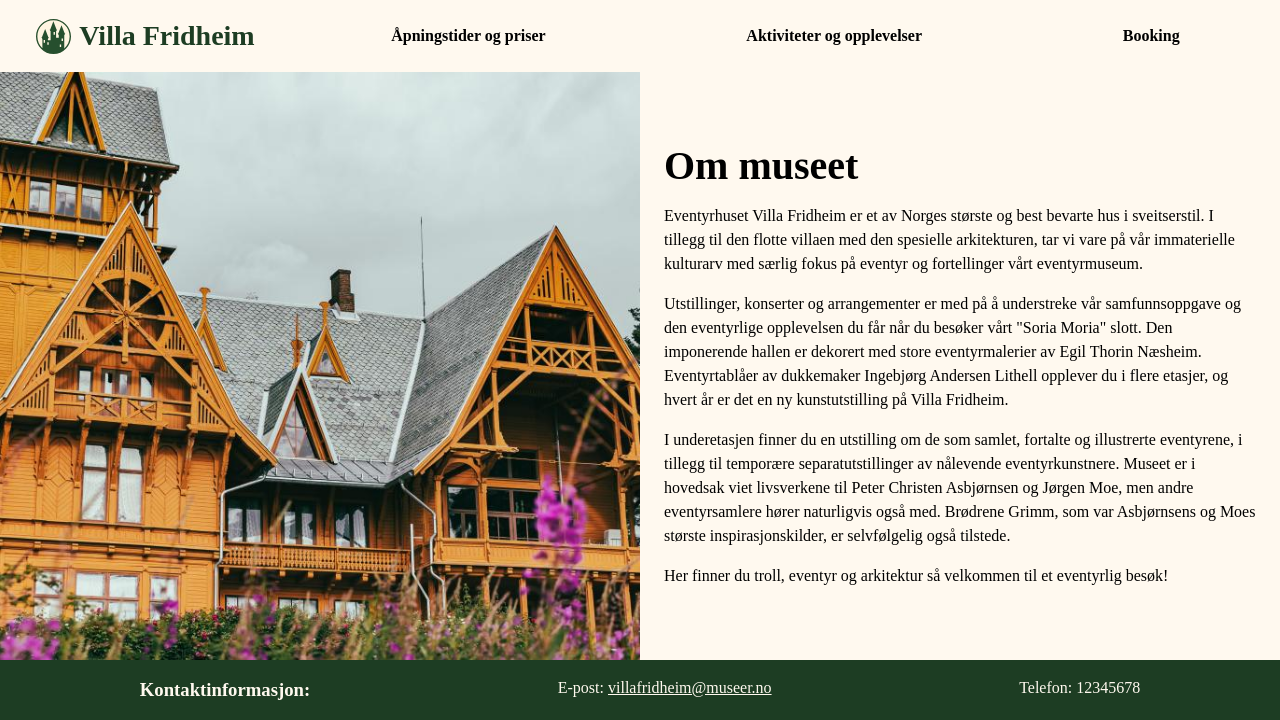
Repository: IdaHolmen/villa-fridheim
Page: src/about.html
The author's editor kept a copy of each file at every save. The page is drawn from the files as they stood at one save, then again after the next save.
The browser window is 1280 px wide. The pictures show the whole page.
Some web fonts or font styles are not loaded; a fallback is used.

Above is the page before, as saved 2024-10-15 13:28:54.

### src/about.html
<!DOCTYPE html>
<html lang="en">
    <head>
        <meta charset="UTF-8" />
        <meta name="viewport" content="width=device-width, initial-scale=1.0" />

        <link rel="icon" type="image/x-icon" href="../assets/villa-fridheim-logo.svg" />

        <title>Villa Fridheim</title>
        <link rel="stylesheet" type="text/css" href="../css/reset.css" />
        <link rel="stylesheet" type="text/css" href="../css/style.css" />
        <link rel="stylesheet" type="text/css" href="../css/media-queries.css" />
    </head>
    <body>
        <header>
            <div class="headline-container">
                <a href="../index.html" id="home-button">
                    <img src="../assets/villa-fridheim-logo.svg" alt="Omrisset av et eventyrslott" class="main-logo" />
                    <h1 class="main-headline">Villa Fridheim</h1>
                </a>
            </div>

            <nav class="nav-bar">
                <a href="info.html" class="nav-link">Åpningstider og priser</a>
                <a href="activities.html" class="nav-link">Aktiviteter og opplevelser</a>
                <a href="booking.html" class="nav-link">Booking</a>
            </nav>
        </header>

        <main class="main-container">
            <section class="about-section">
                <div class="image-container">
                    <img src="../assets/outside-image2.jpg" alt="Et gult hus i sveitserstil" class="about-image" />
                </div>
                <article class="about-text">
                    <h2 class="section-headline">Om museet</h2>
                    <p>
                        Eventyrhuset Villa Fridheim er et av Norges største og best bevarte hus i sveitserstil. I
                        tillegg til den flotte villaen med den spesielle arkitekturen, tar vi vare på vår immaterielle
                        kulturarv med særlig fokus på eventyr og fortellinger vårt eventyrmuseum.
                    </p>
                    <p>
                        Utstillinger, konserter og arrangementer er med på å understreke vår samfunnsoppgave og den
                        eventyrlige opplevelsen du får når du besøker vårt "Soria Moria" slott. Den imponerende hallen
                        er dekorert med store eventyrmalerier av Egil Thorin Næsheim. Eventyrtablåer av dukkemaker
                        Ingebjørg Andersen Lithell opplever du i flere etasjer, og hvert år er det en ny kunstutstilling
                        på Villa Fridheim.
                    </p>
                    <p>
                        I underetasjen finner du en utstilling om de som samlet, fortalte og illustrerte eventyrene, i
                        tillegg til temporære separatutstillinger av nålevende eventyrkunstnere. Museet er i hovedsak
                        viet livsverkene til Peter Christen Asbjørnsen og Jørgen Moe, men andre eventyrsamlere hører
                        naturligvis også med. Brødrene Grimm, som var Asbjørnsens og Moes største inspirasjonskilder, er
                        selvfølgelig også tilstede.
                    </p>
                    <p>Her finner du troll, eventyr og arkitektur så velkommen til et eventyrlig besøk!</p>
                </article>
            </section>
        </main>

        <footer class="footer">
            <h3>Kontaktinformasjon:</h3>
            <p>
                E-post:
                <a href="" id="email-element">villafridheim@museer.no</a>
            </p>
            <p>Telefon: 12345678</p>
        </footer>
    </body>
</html>

### css/reset.css
*, *::before, *::after {
	box-sizing: border-box;
  }

* {
	margin: 0;
	padding: 0;
}

body {
	line-height: 1.5;
	-webkit-font-smoothing: antialiased;
}

img, picture, video, canvas, svg {
	display: block;
	max-width: 100%;
}

input, textarea, select {
	font: inherit;
}

p, h1, h2, h3, h4, h5, h6 {
	overflow-wrap: break-word;
}

#root, #__next {
	isolation: isolate;
}

button {
	font: inherit;
	background: transparent;
	border: none;
	cursor: pointer;
	touch-action: manipulation;
}

a {
	color: inherit;
	text-decoration: none;
}

### css/style.css
@import url('https://fonts.googleapis.com/css2?family=Caudex:ital,wght@0,400;0,700;1,400;1,700&display=swap');

:root {
    --primary-color: #fff9ef;
    --secondary-color: #1d3d23;
}

/* BODY STYLING */
body {
    height: 100vh;
    width: 100%;
    display: flex;
    flex-direction: column;
    background-color: var(--primary-color);
    font-family: 'Caudex', 'Times New Roman', Times, serif;
}

/* HEADER STYLING */
header {
    display: flex;
    flex-direction: row;
    justify-content: center;
    align-items: center;
    background: var(--primary-color);
    color: var(--secondary-color);
    flex-basis: 10%;
}

.headline-container {
    flex-basis: 25%;
    display: flex;
    justify-content: center;
    align-items: center;
    flex-direction: row;
}

.main-headline {
    font-size: 1.75rem;
}

.main-logo {
    height: 35px;
    width: 35px;
    margin-right: 0.5rem;
}

.nav-bar {
    flex-basis: 85%;
    display: flex;
    justify-content: space-around;
    flex-direction: row;
    text-align: center;
    margin: 0;
}

.nav-link {
    text-decoration: none;
    color: black;
    padding: 0.5rem 1.5rem;
    font-weight: bold;
    margin: 1rem;
    border-radius: 5px;
    display: flex;
    transition: transform 0.2s ease-in-out;
}

.nav-link:hover {
    box-shadow: rgba(149, 157, 165, 0.2) 0px 8px 24px;
    transform: scale(1.1);
}

.nav-link:active {
    background-color: #e3e3e3;
}

#home-symbol {
    margin-right: 0.5rem;
    width: 25px;
    height: 25px;
}

/* FRONT PAGE STYLING */
.hero-section {
    position: relative;
    height: 30rem;
    width: 100%;
}

.hero-background {
    width: 100%;
    height: 30rem;
    object-fit: contain;
}

.hero-image {
    width: 100%;
    height: 30rem;
    object-fit: cover;
}

.hero-text-container {
    position: absolute;
    top: 0;
    left: 70%;
    width: 30%;
    height: 60%;
    color: var(--primary-color);
    display: flex;
    flex-direction: column;
}

.hero-content {
    font-size: 4.5rem;
    font-weight: bold;
}

.hero-content-sub-headline {
    font-size: 2rem;
    font-weight: bold;
    font-style: italic;
}

.main-container {
    flex-basis: 85%;
    display: flex;
    flex-direction: column;
    align-items: center;
}

.about-section {
    width: 100%;
    height: 100%;
    display: flex;
}

.about-text {
    flex-basis: 50%;
    display: flex;
    flex-direction: column;
    justify-content: center;
    padding: 24px;
}

.about-text > p {
    margin: 0.5rem 0;
}

.image-container {
    flex-basis: 50%;
}

.about-image {
    height: 100%;
    object-fit: cover;
}

.link-section {
    width: 95%;
    background-color: #ffeded;
    margin-top: 4rem;
    display: flex;
    flex-direction: column;
    align-items: center;
}

.link-container-headline {
    width: 95%;
    flex-basis: 10%;
    margin: 1rem 1rem 1rem 4rem;
    padding: 0.8rem;
}

.section-headline {
    font-size: 2.5rem;
}

.link-container {
    flex-basis: 90%;
    width: 95%;
    display: flex;
    justify-content: space-around;
    align-items: center;
}

.navigation-container {
    height: 22rem;
    width: 18rem;
    margin: 1rem 1rem 2rem 1rem;
    display: flex;
    padding: 0.8rem;
    flex-direction: column;
    transition: transform 0.2s ease-in-out;
}

.navigation-container:hover {
    transform: scale(1.1);
}

.link-sub-headline {
    font-size: 1.2rem;
}

.link-image {
    object-fit: cover;
    padding: 0;
    min-height: 70%;
    margin-bottom: 0.5rem;
}

.footer-front-page {
    background-color: var(--secondary-color);
    color: var(--primary-color);
    flex-basis: 5%;
    display: flex;
    flex-direction: row;
    justify-content: space-around;
    padding: 1rem;
    font-size: 1rem;
    margin-top: 4rem;
}

/* STYLING FOR THE INTRO SECTION */
.intro-section {
    width: 95%;
    height: 16rem;
    background-color: #e2eef5;
    margin-top: 4rem;
    display: flex;
    flex-direction: column;
    align-items: center;
}

.intro-container {
    flex-basis: 90%;
    width: 95%;
    display: flex;
    flex-direction: column;
    justify-content: space-around;
    margin: 2rem;
    padding: 0.8rem;
    margin: 1rem 4rem 1rem 4rem;
}

/* STYLING FOR INFO PAGE */
.main-info-container {
    flex-basis: 85%;
    display: flex;
    flex-direction: column;
    align-items: center;
}

.info-text-container {
    flex-basis: 50%;
    height: 100%;
    padding: 24px;
}

.info-image-container {
    flex-basis: 50%;
    height: 100%;
    padding: 24px;
    display: flex;
    align-items: center;
    justify-content: center;
}

.opening-hours-section,
.directions-section,
.prices-section {
    margin-bottom: 1rem;
}

.hours,
.price-element {
    margin: 1rem 0;
}

.price-element {
    width: 90%;
    display: flex;
    flex-direction: row;
    align-items: center;
    justify-content: space-between;
    font-size: 1rem;
}

/* STYLING FOR ACTIVITIES PAGE */
#home-button {
    display: flex;
    align-items: center;
}

.main-activities-container {
    flex-basis: 85%;
    display: flex;
    flex-direction: column;
    align-items: center;
}

.activities-section,
.experiences-section {
    display: flex;
    flex-direction: row;
}

.activities,
.experiences {
    display: flex;
    flex-direction: column;
}

.activities > p,
.experiences > p {
    margin: 0.5rem 0;
}

.bold-text {
    font-weight: 900;
    margin: 0.5rem 0;
}

.illustration-image {
    width: 100%;
    border-radius: 3%;
}

#illustration-image-long {
    width: 90%;
    border-radius: 3%;
}

/* FOOTER */
footer {
    background-color: var(--secondary-color);
    color: var(--primary-color);
    flex-basis: 5%;
    display: flex;
    flex-direction: row;
    justify-content: space-around;
    padding: 1rem;
    font-size: 1rem;
}

a#email-element {
    text-decoration: underline;
}

/* STYLING FOR BOOKING PAGE */
.main-headline-booking {
    color: var(--primary-color);
}

.nav-link-booking {
    color: var(--primary-color);
    text-decoration: none;
    padding: 0.5rem 1.5rem;
    font-weight: bold;
    margin: 1rem;
    border-radius: 5px;
    display: flex;
    transition: transform 0.2s ease-in-out;
}

.nav-link-booking:hover {
    box-shadow: rgba(149, 157, 165, 0.2) 0px 8px 24px;
    transform: scale(1.1);
}

.booking-page-main {
    background-position: center;
    background-image: url('../assets/forest3.jpg');
    background-repeat: no-repeat;
    background-size: cover;
    background-attachment: fixed;
}

.booking-header {
    backdrop-filter: blur(60px);
    background: transparent;
}

.booking-container {
    flex-basis: 85%;
    width: 100%;
    display: flex;
    justify-content: center;
    flex-direction: column;
    align-items: center;
    background-color: rgba(0, 0, 0, 0.2);
}

.booking-form {
    position: relative;
    color: var(--primary-color);
    display: flex;
    flex-direction: column;
    align-items: center;
    height: 100%;
    width: 26rem;
    margin: 2rem;
    padding: 1rem;
    border: 2px solid #b5afaf;
    border-radius: 15px;
    backdrop-filter: blur(25px);
}

.input-field {
    width: 85%;
    height: 55px;
    color: var(--primary-color);
    background: transparent;
    padding-inline: 20px 54px;
    border-radius: 30px;
    border: 2px solid #b5afaf;
    outline: none;
    margin: 1rem 0;
}

.input-field:focus::placeholder {
    color: transparent;
}

#select-field {
    appearance: none;
    width: 85%;
    height: 55px;
    color: var(--primary-color);
    background: transparent;
    padding-inline: 20px;
    border-radius: 30px;
    border: 2px solid #b5afaf;
    cursor: pointer;
    outline: none;
    background-image: linear-gradient(45deg, transparent 50%, #fff5e1 50%),
        linear-gradient(135deg, #fff5e1 50%, transparent 50%);
    background-position: calc(100% - 20px) calc(1.3rem + 2px), calc(100% - 15px) calc(1.3rem + 2px);
    background-size: 5px 5px, 5px 5px, 1px 1.5em;
    background-repeat: no-repeat;
    margin: 1rem 0;
}

#comment-input {
    width: 85%;
    height: 6rem;
    color: var(--primary-color);
    background: transparent;
    border-radius: 10px;
    border: 2px solid #b5afaf;
    outline: none;
    padding-inline: 20px;
    margin: 1rem 0;
}

::placeholder {
    color: var(--primary-color);
}

#comment-input:focus::placeholder {
    color: transparent;
}

#submit-button {
    background-color: var(--primary-color);
    width: 8rem;
    padding: 0.5rem 1.5rem;
    font-weight: bold;
    border-radius: 30px;
    transition: transform 0.2s ease-in-out;
    margin: 0.5rem 0;
}

#submit-button:hover {
    background-color: #ffe8ba;
    transform: scale(1.1);
}

#submit-button:active {
    background-color: #d4d4d4;
}

#booking-footer {
    backdrop-filter: blur(25px);
    background: transparent;
}

### css/media-queries.css
@media screen and (max-width: 1000px) {
    header {
        flex-direction: column;
    }

    .nav-bar {
        align-items: center;
    }

    .nav-link {
        max-width: 16rem;
        margin: 0.5rem;
    }

    .hero-section {
        height: 45rem;
        background-color: var(--secondary-color);
    }

    .hero-text-container {
        top: 68%;
        left: 10%;
        width: 80%;
        height: 30%;
    }

    .hero-content {
        font-size: 3.5rem;
    }

    .about-section {
        flex-direction: column;
        align-items: center;
    }

    .main-info-container {
        flex-direction: column;
    }

    .activities-section {
        flex-direction: column;
    }

    .experiences-section {
        flex-direction: column-reverse;
    }

    .illustration-image {
        width: 70%;
    }

    #illustration-image-long {
        width: 60%;
    }

    .link-container {
        width: 70%;
        flex-wrap: wrap;
    }
}

@media screen and (max-width: 930px) {
    .link-container {
        width: 80%;
    }

    .navigation-container {
        width: 15rem;
        height: 18rem;
    }
}

@media screen and (max-width: 700px) {
    .footer,
    .footer-front-page {
        flex-direction: column;
        align-items: center;
    }

    .nav-bar {
        flex-direction: column;
    }

    .link-section,
    .intro-section {
        width: 100%;
    }

    .illustration-image {
        width: 100%;
    }

    #illustration-image-long {
        width: 80%;
    }

    .link-container {
        width: 100%;
    }
}

@media screen and (max-width: 500px) {
    .booking-form {
        width: 20rem;
    }

    .hero-content-sub-headline {
        font-size: 1.5rem;
    }

    .intro-section {
        height: 20rem;
    }
}

After the next save:
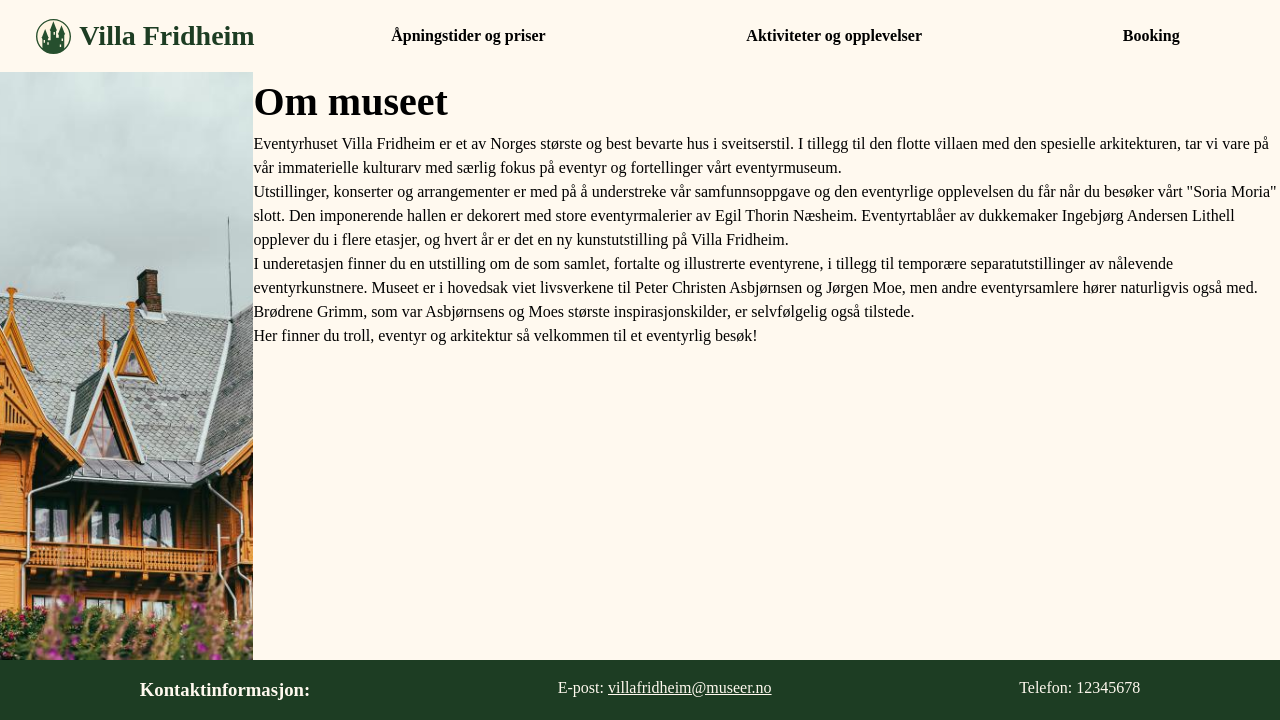
Saved 92 s later.
--- a/src/about.html
+++ b/src/about.html
@@ -32,7 +32,7 @@
                 <div class="image-container">
                     <img src="../assets/outside-image2.jpg" alt="Et gult hus i sveitserstil" class="about-image" />
                 </div>
-                <article class="about-text">
+                <article class="text-container">
                     <h2 class="section-headline">Om museet</h2>
                     <p>
                         Eventyrhuset Villa Fridheim er et av Norges største og best bevarte hus i sveitserstil. I

After the save that followed:
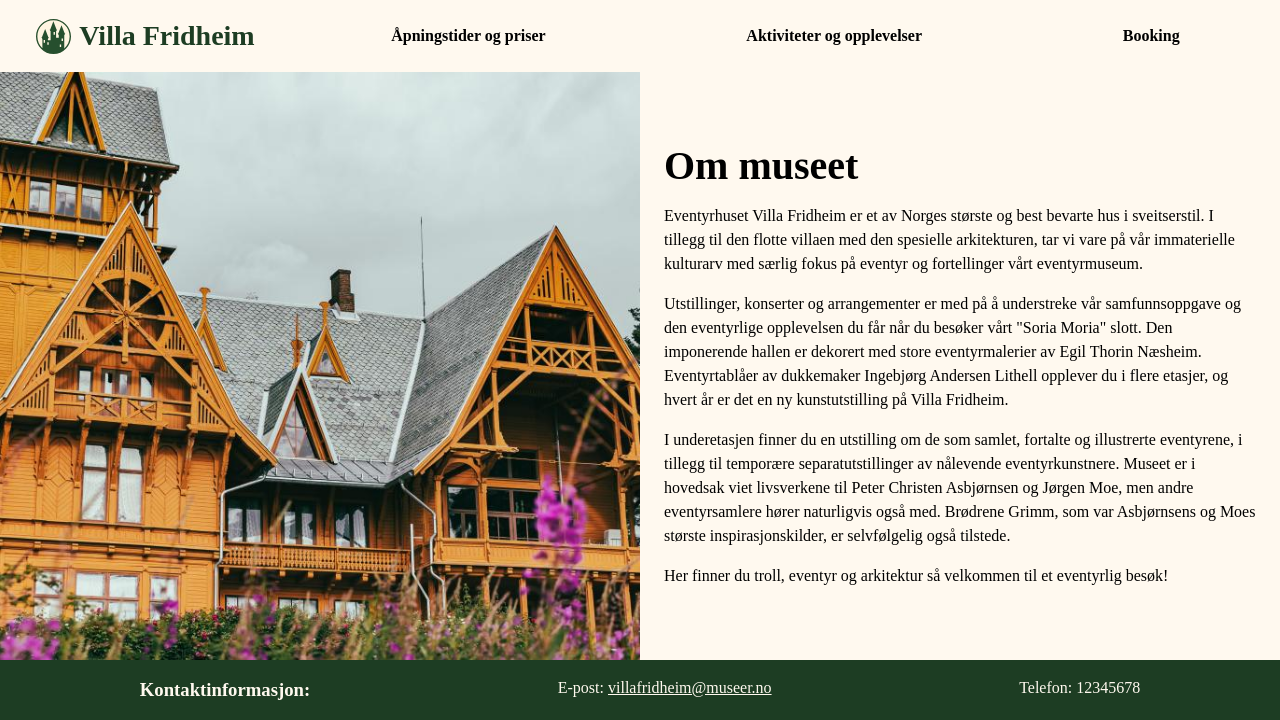
Saved 39 s later.
--- a/css/style.css
+++ b/css/style.css
@@ -133,7 +133,7 @@
     display: flex;
 }
 
-.about-text {
+.text-container {
     flex-basis: 50%;
     display: flex;
     flex-direction: column;
@@ -141,7 +141,7 @@
     padding: 24px;
 }
 
-.about-text > p {
+.text-container > p {
     margin: 0.5rem 0;
 }
 
